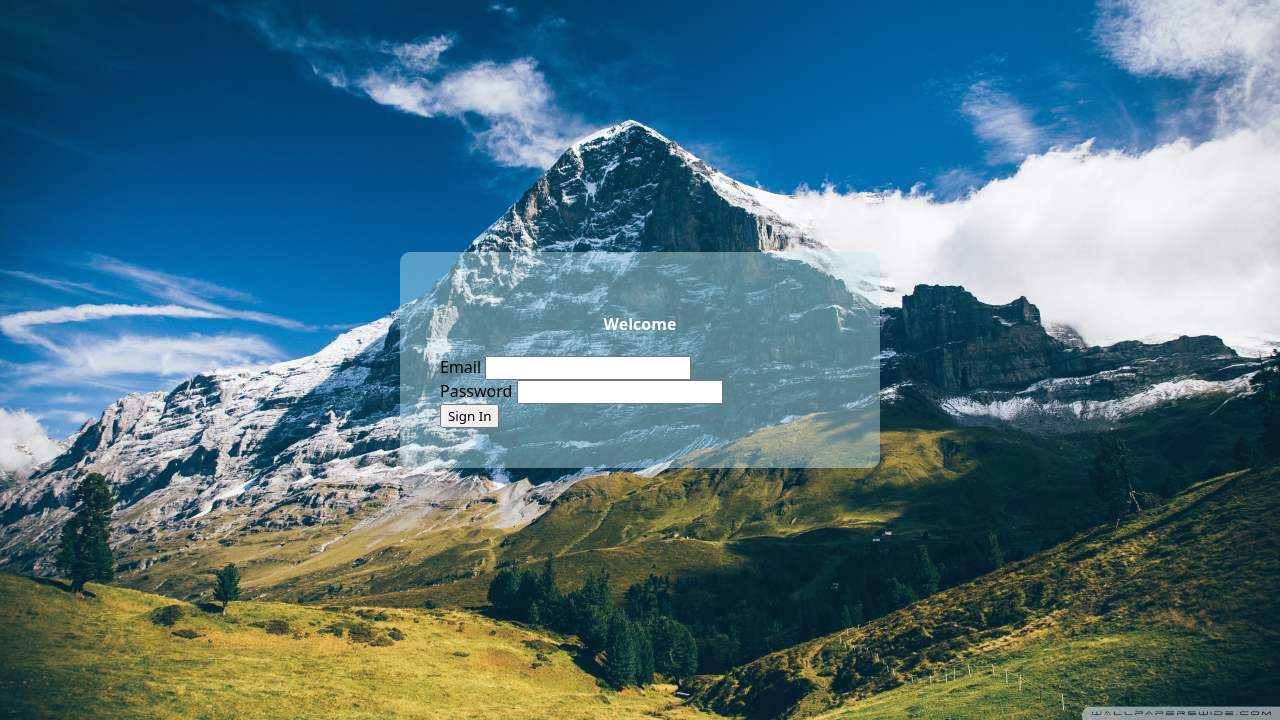
Repository: Szelbi/SimpliestLoginPage
Page: index.html
These files come from the project's save history. The page is drawn as it stood at one moment and after the next save; the edit follows.
The browser window is 1280 px wide. The pictures show the whole page.

Above is the page before, as saved 2021-02-04 22:09:21.

### index.html
<!DOCTYPE html>
<html lang="en">

<head>
    <meta charset="UTF-8">
    <meta name="viewport" content="width=device-width, initial-scale=1.0">
    <title>Document</title>
    <link rel="stylesheet" href="style.css">
</head>

<body>
    <main class="main">
        <div class="login-container">
            <h4 class='login-title'>Welcome</h4>
            <form>
                <div class="input-group">
                    <label>Email</label>
                    <input type="email">
                </div>
                <div class="input-group">
                    <label>Password</label>
                    <input type="password">
                </div>
                <button type="submit" class="login-button">Sign In</button>
            </form>
        </div>
    </main>
</body>

</html>

### style.css
* {
    font-family: 'Noto Sans', sans-serif;
}

html, body{
    margin: 0;
}

.main {
    background-image: url("eiger_mountain_grindelwald_switzerland_landscape-wallpaper-2560x1440.jpg");
    height: 100vh;
    widows: 100vw;
    background-size: cover;
    background-position: center;
    display: flex;
    justify-content: center;
    align-items: center;
}

.login-container {
    background-color: hsla(190, 58%, 86%, 0.438);
    padding: 40px;
    min-width: 200px;
    width:50%;
    max-width: 400px;
    border-radius: 10px;
}

.login-title {
    color: white;
    text-align: center;
}

After the next save:
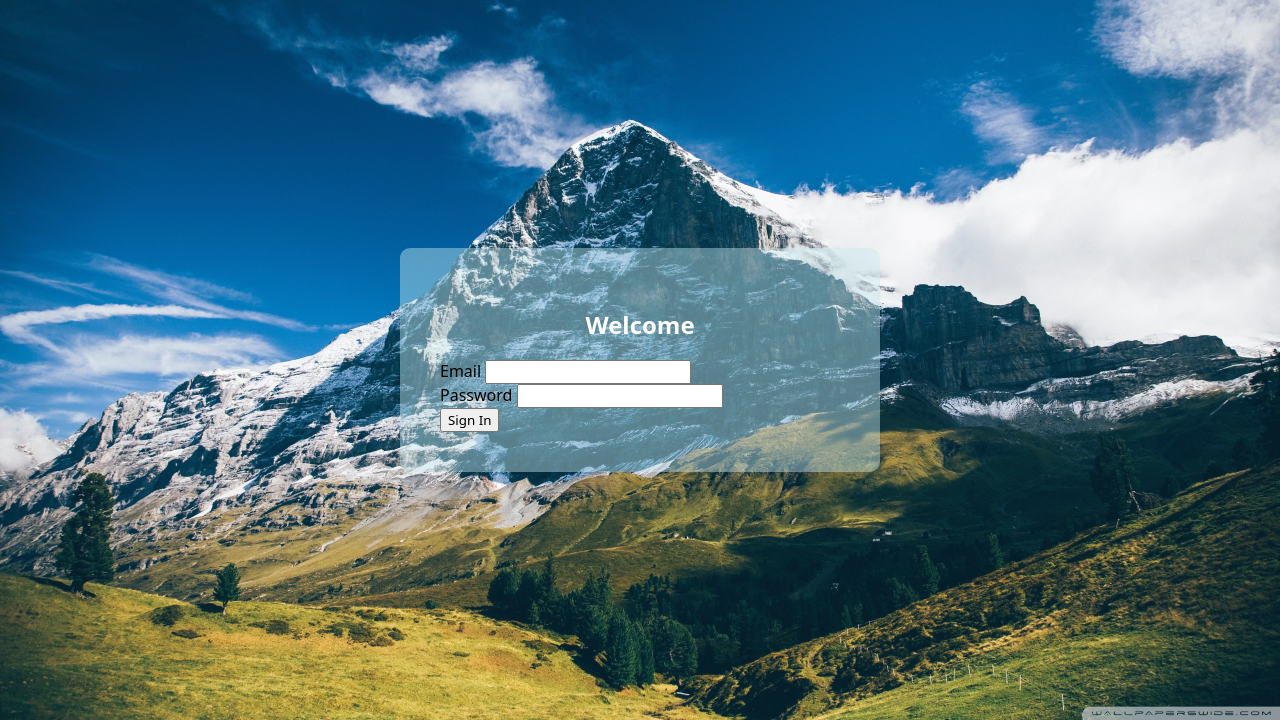
Saved 4 s later.
--- a/index.html
+++ b/index.html
@@ -11,7 +11,7 @@
 <body>
     <main class="main">
         <div class="login-container">
-            <h4 class='login-title'>Welcome</h4>
+            <h2 class='login-title'>Welcome</h2>
             <form>
                 <div class="input-group">
                     <label>Email</label>
